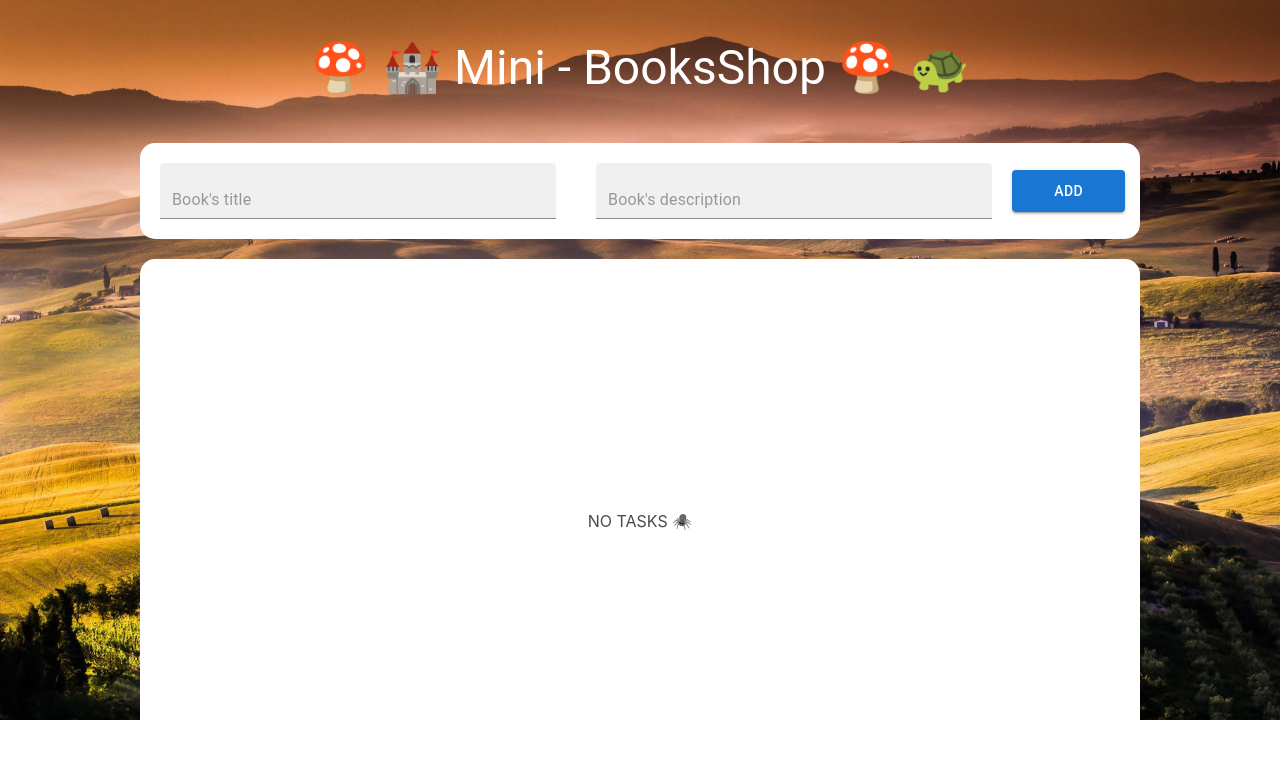
Repository: Tracy-maker/mini-bookshop
Page: /
The author's editor kept a copy of each file at every save. The page is drawn from the files as they stood at one save, then again after the next save.
The browser window is 1280 px wide. The pictures show the whole page.
The project was rebuilt for these pictures with package versions that can differ from the ones it lists, and the page was loaded fresh each time. Also part of the build but not shown: src/components/BookEdit.js, src/components/TaskShow.js.

Above is the page before, as saved 2023-09-21 16:21:27.

### src/index.js
import "./index.css";
import React from "react";
import ReactDOM from "react-dom/client";
import App from "./App";


const el = document.getElementById("root");
const root = ReactDOM.createRoot(el);

root.render(
  <React.StrictMode>
    <App />
  </React.StrictMode>
);

### src/App.js
import { useState, useEffect } from "react";
import CreateTask from "./components/CreateBook";
import TaskList from "./components/TaskList";
import { Box, Stack } from "@mui/material";
import styled from "styled-components";
import Typography from "@mui/material/Typography";
import Image1 from "./image/7.jpg";

const StyledContainer = styled(Stack)`
  height: 100vh;
  width: 100%;
  display: flex;
  align-items: stretch;
  padding-top: 30px;
  background-image: url(${Image1});
  background-size: cover;
  background-repeat: no-repeat;
  gap: 20px;
`;

const TaskForm = styled(Box)`
  margin-left: auto;
  margin-right: auto;
  width: 1000px;
  background-color: white;
  border-radius: 15px;

  @media (max-width: 768px) {
    width: 100%;
  }
`;
const Title = styled(Typography)`
  color: white;
  margin: auto;
  width: 100%;
  padding: 10px;
  text-align: center;
`;

function App() {
  const [tasks, setTasks] = useState(() => {
    const localValue = localStorage.getItem("tasks");
    if (localValue == null) return [];
    return JSON.parse(localValue);
  });

  useEffect(() => {
    localStorage.setItem("tasks", JSON.stringify(tasks));
  }, [tasks]);

  const createTask = (title, description) => {
    const newTask = {
      id: crypto.randomUUID(),
      title: title,
      description: description,
      status: "inProgress",
    };

    const existingTasks = JSON.parse(localStorage.getItem("tasks")) || [];
    existingTasks.push(newTask);
    localStorage.setItem("tasks", JSON.stringify(existingTasks));
    setTasks(existingTasks);
  };

  const deleteTasksById = (id) => {
    const existingTasks = JSON.parse(localStorage.getItem("tasks")) || [];
    const updatedTasks = existingTasks.filter((task) => {
      return task.id !== id;
    });
    localStorage.setItem("tasks", JSON.stringify(updatedTasks));
    setTasks(updatedTasks);
  };

  const editTaskById = (id, newTitle, newDescription) => {
    const existingTasks = JSON.parse(localStorage.getItem("tasks")) || [];
    const taskToEdit = existingTasks.findIndex((task) => task.id === id);

    if (taskToEdit) {
      const updatedTask = {
        ...taskToEdit,
        title: newTitle,
        description: newDescription,
      };

      const updatedTasks = existingTasks.map((task) =>
        task.id === id ? updatedTask : task
      );
      localStorage.setItem("tasks", JSON.stringify(updatedTasks));
      setTasks(updatedTasks);
    }
  };

  return (
    <StyledContainer>
      <Title variant="h3" gutterBottom>
        🍄 🏰 Mini - BooksShop 🍄 🐢
      </Title>
      <TaskForm>
        <CreateTask onCreate={createTask} />
      </TaskForm>
      <TaskForm>
        <TaskList
          tasks={tasks}
          onDelete={deleteTasksById}
          onEdit={editTaskById}
        />
      </TaskForm>
    </StyledContainer>
  );
}
export default App;

### src/components/CreateBook.js
import * as React from "react";
import Stack from "@mui/material/Stack";
import TextField from "@mui/material/TextField";
import Button from "@mui/material/Button";
import { useState } from "react";
import { styled } from "@mui/material";

const Input = styled(TextField)`
  padding:2%;
  width: 80%;
`;

const AddButton = styled(Button)`
  margin: auto;
  width: 20%;
  padding: 9px;
  text-align: center;
  margin-right: 15px;
`;

function CreateTask(props) {
  const [title, setTitle] = useState("");
  const [description, setDescription] = useState("");

  const handleChange = (event) => {
    const { name, value } = event.target;
    if (name === "title") {
      setTitle(value);
    } else if (name === "description") {
      setDescription(value);
    }
  };

  const handleSubmit = (event) => {
    event.preventDefault();
    if (title.trim() !== "" || description.trim() !== "") {
      props.onCreate( title, description );
      setTitle("");
      setDescription("");
    }
  };

  return (
    <Stack onSubmit={handleSubmit} component="form" direction="row">
      <Input
        name="title"
        value={title}
        onChange={handleChange}
        placeholder="Book's title"
        variant="filled"
      />
      <Input
        name="description"
        value={description}
        onChange={handleChange}
        placeholder="Book's description"
        variant="filled"
      />
      <AddButton type="submit" variant="contained">
        Add
      </AddButton>
    </Stack>
  );
}

export default CreateTask;

### src/components/TaskList.js
import React from "react";
import TaskShow from "./TaskShow";
import { Box } from "@mui/material";
import styled from "styled-components";

const Reminder = styled(Box)`
  text-align: center;
  padding: ${(props) => (props.noTasks ? "25%" : "0")};
`;

function TaskList(props) {
  const renderedTasksList = props.tasks.map((task) => {
    return (
      <TaskShow
        key={task.id}
        task={task}
        onDelete={props.onDelete}
        onEdit={props.onEdit}
        toggleCheckedBoxById={props.toggleCheckedBoxById}
      />
    );
  });

  return (
    <>
      <Reminder noTasks={props.tasks.length === 0}>
        {props.tasks.length === 0 && "NO TASKS 🕷️"}
      </Reminder>
      {renderedTasksList}
    </>
  );
}

export default TaskList;

Loaded but not shown: public/index.html (common file); src/index.css (library)

After the next save:
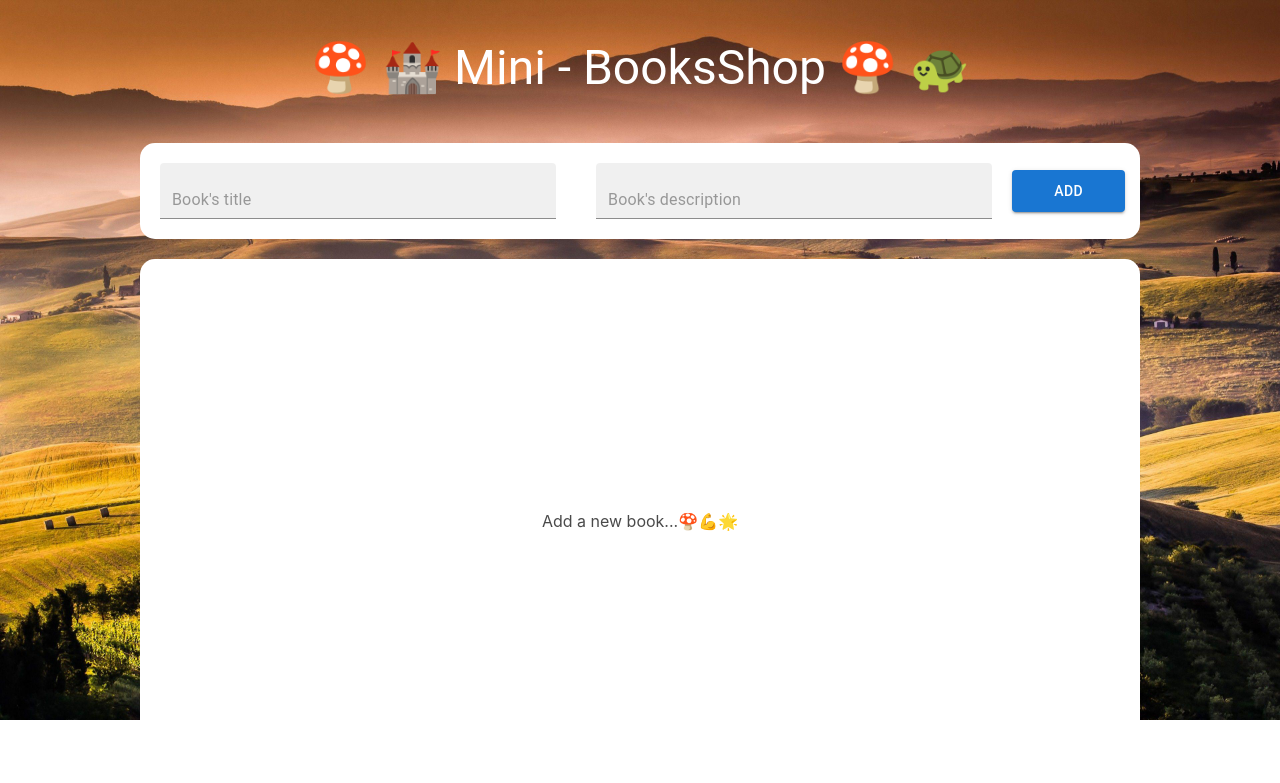
Saved 53 s later.
--- a/src/components/TaskList.js
+++ b/src/components/TaskList.js
@@ -24,7 +24,7 @@ function TaskList(props) {
   return (
     <>
       <Reminder noTasks={props.tasks.length === 0}>
-        {props.tasks.length === 0 && "NO TASKS 🕷️"}
+        {props.tasks.length === 0 && "Add a new book...🍄💪🌟"}
       </Reminder>
       {renderedTasksList}
     </>
